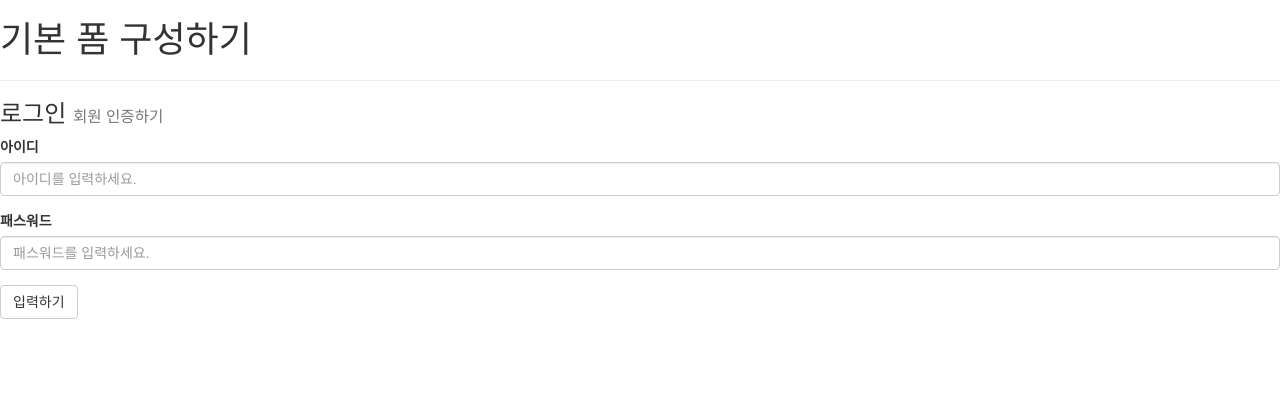
Repository: yhj4130/BootstrapStudy
Page: BootstrapWork/WebContent/BootEx04.html
The author's editor kept a copy of each file at every save. The page is drawn from the files as they stood at one save, then again after the next save.
The browser window is 1280 px wide. The pictures show the whole page.

Above is the page before, as saved 2019-06-12 03:07:27.

After the next save:
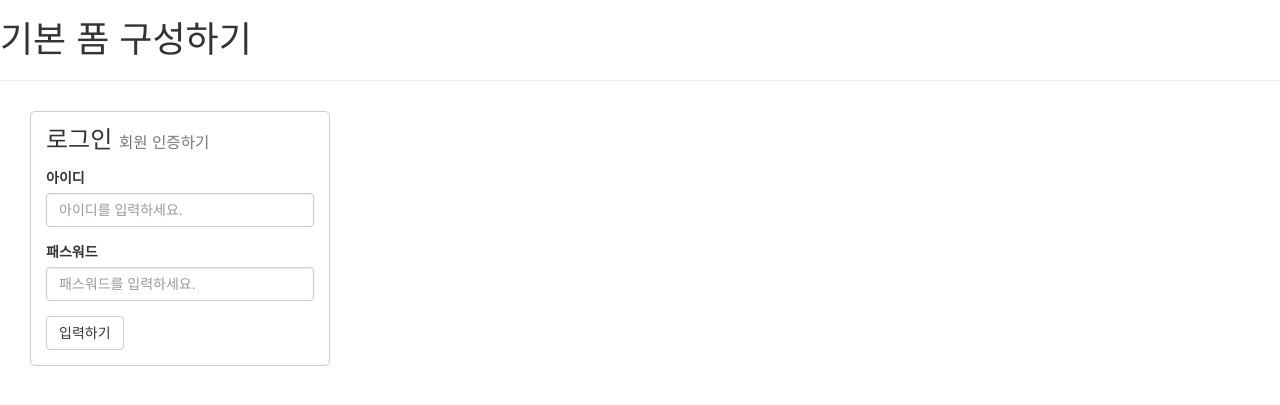
Saved 58 s later.
--- a/BootstrapWork/WebContent/BootEx04.html
+++ b/BootstrapWork/WebContent/BootEx04.html
@@ -11,7 +11,16 @@
 <style type="text/css">
 	#login
 	{
-		border: 1px;
+		border: 1px solid #ccc;
+		border-radius: 5px;
+		width: 300px;
+		padding: 15px;
+		margin: 30px;
+	}
+	#login h3
+	{
+		margin: 0px;
+		margin-bottom: 15px;
 	}
 </style>
 
